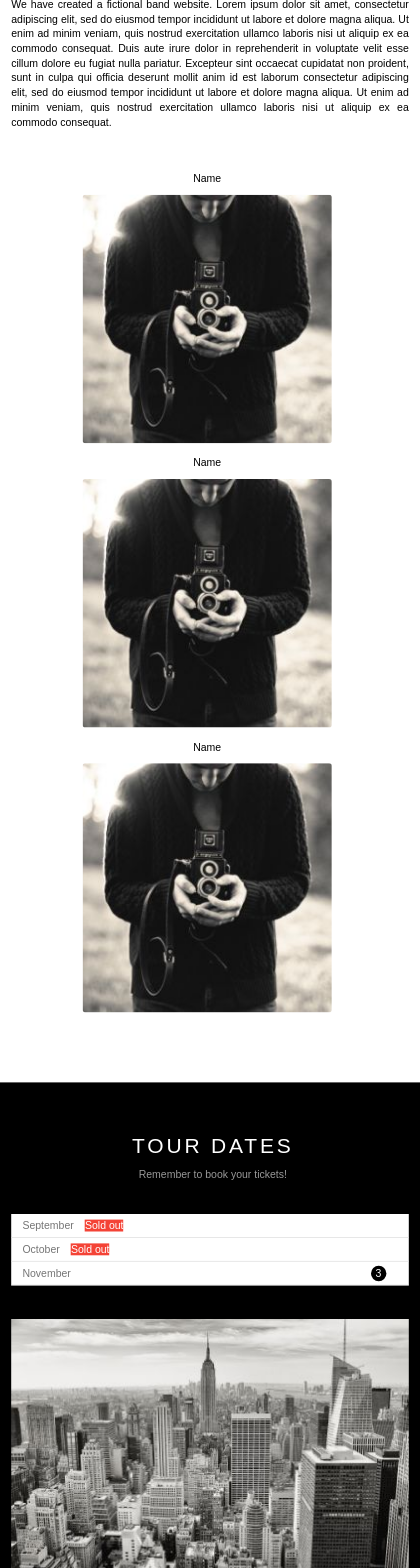
Repository: nguyenhoang2002062929/band
Page: index.html
The author's editor kept a copy of each file at every save. The page is drawn from the files as they stood at one save, then again after the next save.
The browser window is 600 px wide. The pictures show the part of the page from y = 506 to 2746 px (the page is 5406 px tall before and 5392 px after), at 70% of full size.

Above is the page before, as saved 2023-06-11 13:13:19.

After the next save:
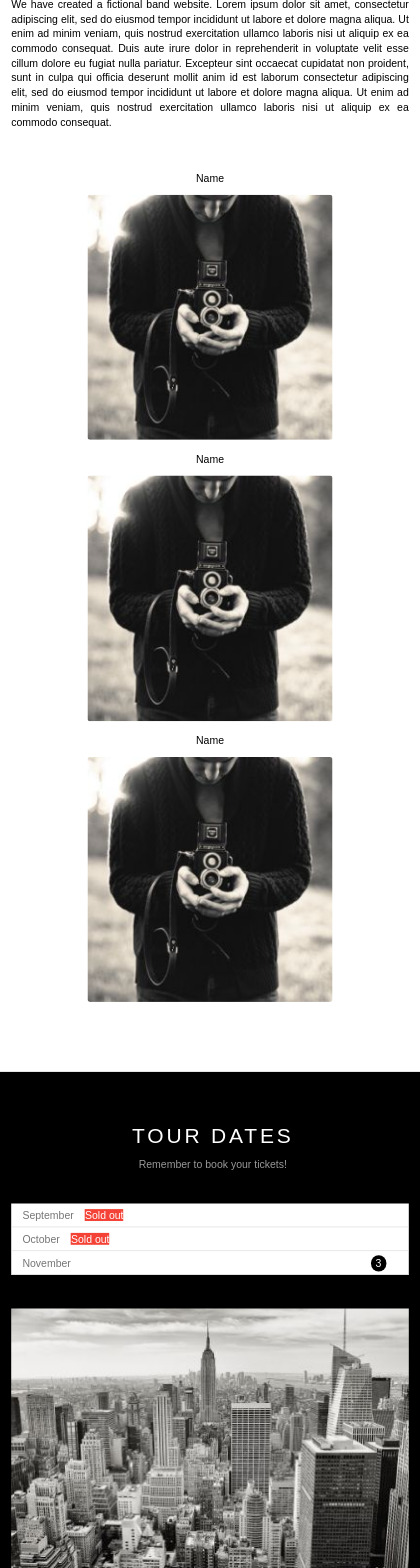
Saved 3 min 13 s later.
--- a/assets/css/style.css
+++ b/assets/css/style.css
@@ -455,6 +455,7 @@ cursor: pointer;
         padding-right: 16px;
     }
     .content-member{
+        padding-left: 8px;
         flex-direction: column;
     }
     .tour-places{
